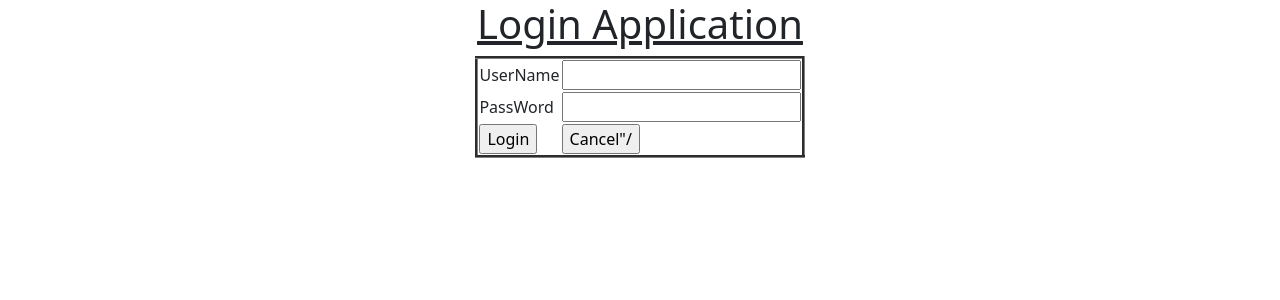
Repository: chandrabiji/OILC203_WEB
Page: RequestDispatcherDemo/src/main/webapp/login.html
These files come from the project's save history. The page is drawn as it stood at one moment and after the next save; the edit follows.
The browser window is 1280 px wide. The pictures show the whole page.

Above is the page before, as saved 2022-10-17 06:28:21.

After the next save:
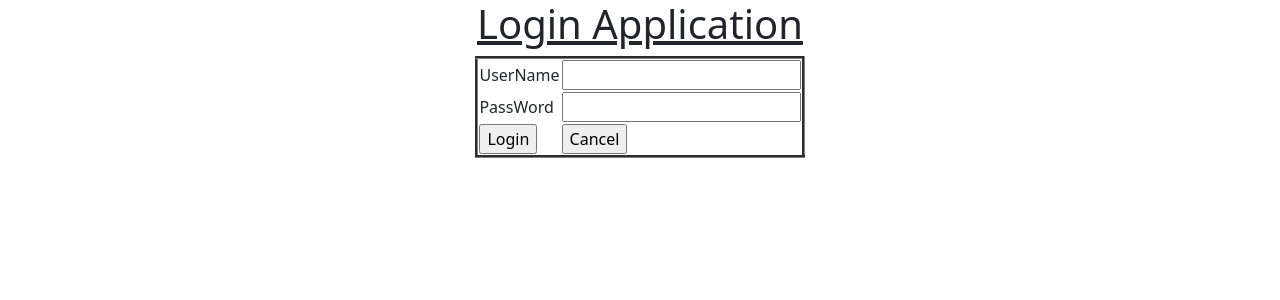
Saved 19 s later.
--- a/RequestDispatcherDemo/src/main/webapp/login.html
+++ b/RequestDispatcherDemo/src/main/webapp/login.html
@@ -21,8 +21,8 @@
        <td><input type="password" name="pwd"/>
      </tr>
      <tr>
-      <td><input type="submit" value="Login"/>
-      <td><input type="reset" value=Cancel"/>
+      <td><input type="submit" value="Login"/></td>
+      <td><input type="reset" value="Cancel"/></td>
      </tr>
   </table>
 </form>
